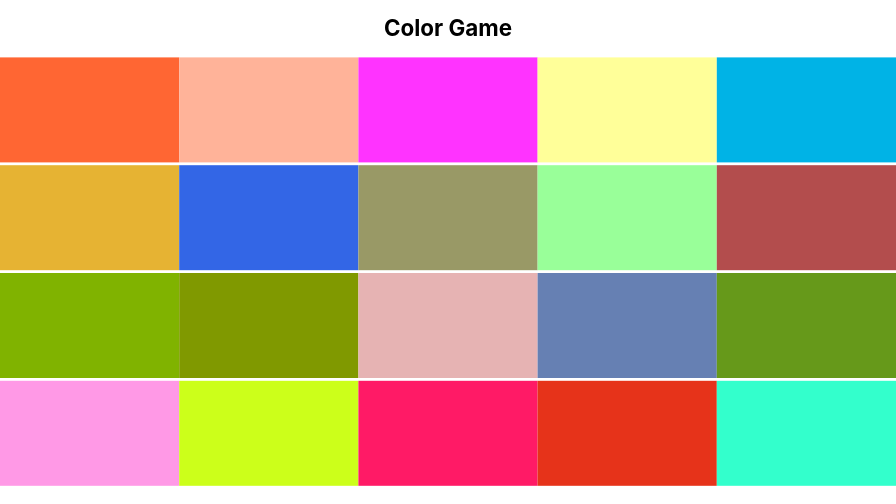
Repository: johnmutina/shades_of_blue
Page: /
The author's editor kept a copy of each file at every save. The page is drawn from the files as they stood at one save, then again after the next save.
The browser window is 1280 px wide. The pictures show the part of the page from y = 0 to 1920 px (the page is 720 px tall before and 3082 px after), at 70% of full size.
The project was rebuilt for these pictures with package versions that can differ from the ones it lists, and the page was loaded fresh each time.

Above is the page before, as saved 2019-06-22 14:27:46.

### src/App.js
import React from 'react';
import ColorBoxes from './ColorBoxes';
import './App.css';

function App() {
  return (
    <div className="App">
      <ColorBoxes />
    </div>
  );
}

export default App;

### src/ColorBoxes.js
import React, { Component } from 'react';
import ColorBox from './ColorBox';

class ColorBoxes extends Component {
    constructor(props){
        super(props);
        this.state = {

        }
    }
    render(){
        let colorArr = ['#FF6633', '#FFB399', '#FF33FF', '#FFFF99', '#00B3E6', '#E6B333', '#3366E6', '#999966', '#99FF99', '#B34D4D', '#80B300', '#809900', '#E6B3B3', '#6680B3', '#66991A', '#FF99E6', '#CCFF1A', '#FF1A66', '#E6331A', '#33FFCC'
        // , '#66994D', '#B366CC', '#4D8000', '#B33300', '#CC80CC', '#66664D', '#991AFF', '#E666FF', '#4DB3FF', '#1AB399', '#E666B3', '#33991A', '#CC9999', '#B3B31A', '#00E680', '#4D8066', '#809980', '#E6FF80', '#1AFF33', '#999933', '#FF3380', '#CCCC00', '#66E64D', '#4D80CC', '#9900B3', '#E64D66', '#4DB380', '#FF4D4D', '#99E6E6', '#6666FF'
    ];
        let idx = Math.floor(Math.random() * colorArr.length);
        return (
            <div>
                <h1>Color Game</h1>
                {colorArr.map(el => <ColorBox color={el} />)}
            </div>
        )
    }
}

export default ColorBoxes;

### src/ColorBox.js
import React, { Component } from 'react';
import './ColorBox.css';

class ColorBox extends Component {
    render(){
        return (
            <div className="ColorBox" style={{backgroundColor: this.props.color}}></div>
        )
    }
}

export default ColorBox;

### src/ColorBox.css
.ColorBox {
    display: inline-block;
    width: 20%;
    height: 150px;
    margin: 0;
}

Loaded but not shown: public/index.html (common file); src/index.js (common file); src/index.css (common file); src/serviceWorker.js (common file); src/App.css (common file)

After the next save:
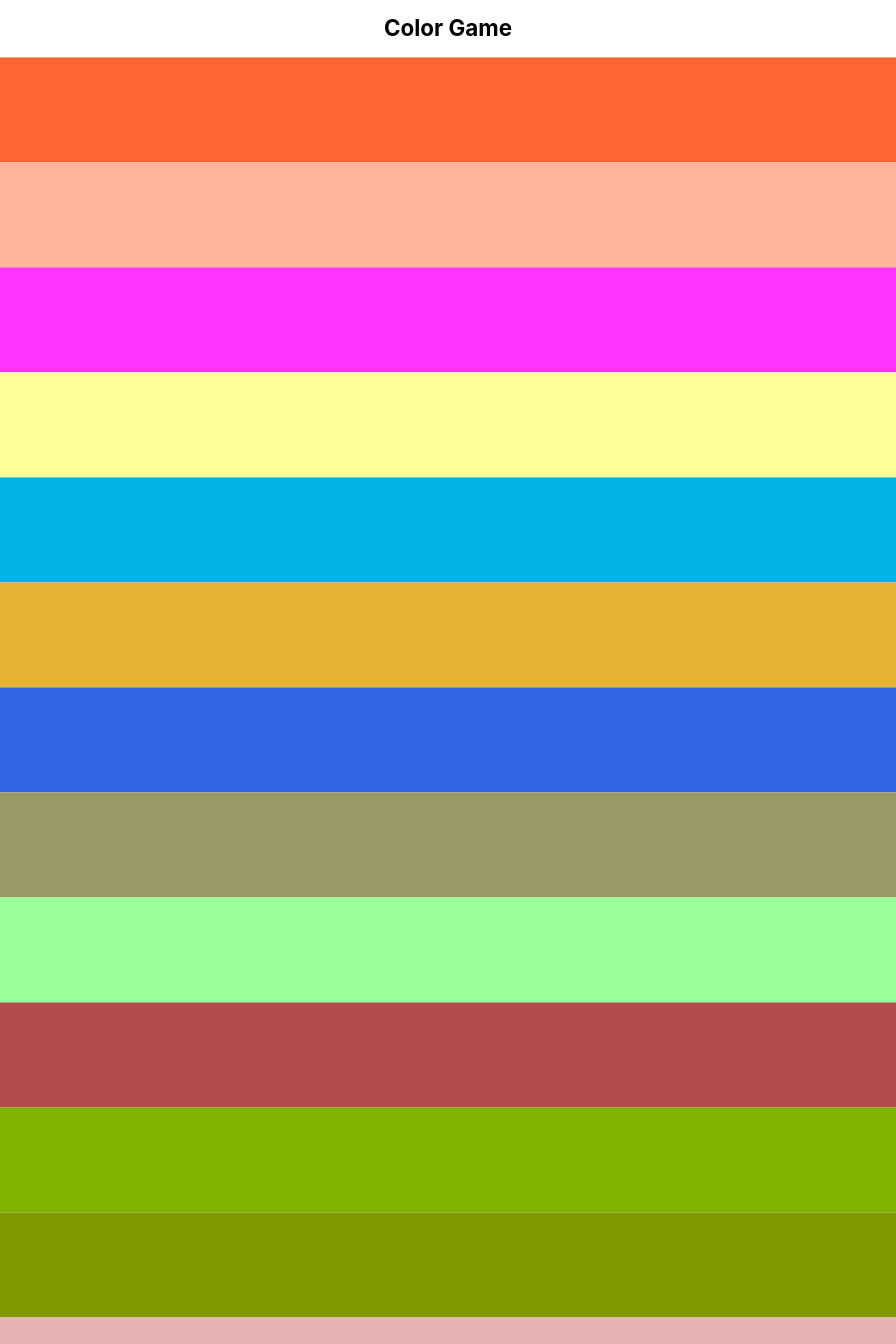
Saved 11 s later.
--- a/src/ColorBox.css
+++ b/src/ColorBox.css
@@ -1,6 +1,6 @@
 .ColorBox {
-    display: inline-block;
+    /* display: inline-block; */ */
     width: 20%;
     height: 150px;
-    margin: 0;
+
 }
